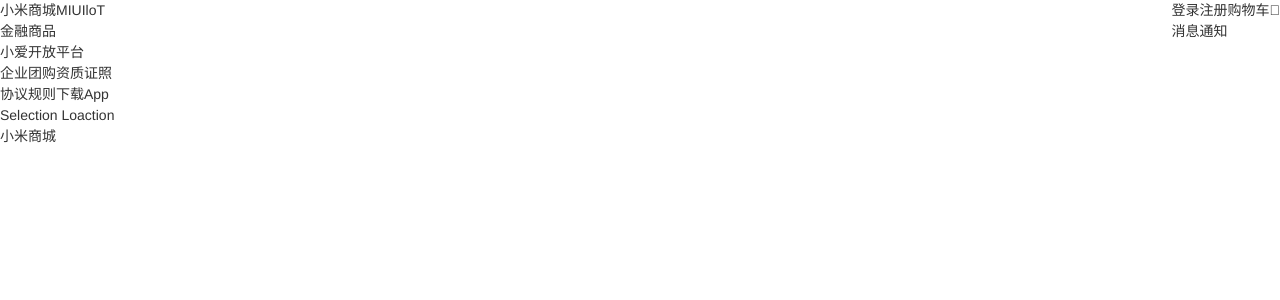
Repository: chenguocan/mi
Page: index.html
The author's editor kept a copy of each file at every save. The page is drawn from the files as they stood at one save, then again after the next save.
The browser window is 1280 px wide. The pictures show the whole page.

Above is the page before, as saved 2020-10-13 09:38:51.

### index.html
<!DOCTYPE html>
<html lang="en">
<head>
    <meta charset="UTF-8">
    <title>小米商城 - 小米10 Pro、Redmi K30 Pro、小米MIX Alpha，小米电视官方网站</title>
    <meta name="viewport" content="width=1226">
    <link rel="stylesheet" href="./css/reset.css">
    <link rel="stylesheet" href="./css/index.css">
    <link rel="stylesheet" href="./css/base.css">
    <link rel="stylesheet" href="./font/css/all.min.css">
</head>
<body>
    <div class="topbar-wrapper">
        <div class="topbar">
            <ul class="service">
                <li><a href="javascript:;">小米商城</a></li>
                <li class="line"></li>
                <li><a href="javascript:;">MIUI</a></li>
                <li class="line"></li>
                <li><a href="javascript:;">loT</a></li>
                <li class="line"></li>
                <li><a href="javascript:;">金融</a></li>
                <li class="line"></li>
                <li><a href="javascript:;">商品</a></li>
                <li class="line"></li>
                <li><a href="javascript:;">小爱开放平台</a></li>
                <li class="line"></li>
                <li><a href="javascript:;">企业团购</a></li>
                <li class="line"></li>
                <li><a href="javascript:;">资质证照</a></li>
                <li class="line"></li>
                <li><a href="javascript:;">协议规则</a></li>
                <li class="line"></li>
                <li><a href="javascript:;">下载App</a></li>
                <li class="line"></li>
                <li><a href="javascript:;">Selection Loaction</a></li>
                <li class="line"></li>
                <li><a href="javascript:;">小米商城</a></li>
                <li class="line"></li>
            </ul>
            <ul class="shop-cart">
                <li><i class="fa-adobe"></i><a href="javascript:;">购物车</a></li>
            </ul>
            <ul class="user">
                <li><a href="javascript:;">登录</a></li>
                <li class="line"></li>
                <li><a href="javascript:;">注册</a></li>
                <li class="line"></li>
                <li><a href="javascript:;">消息通知</a></li>
                <li class="line"></li>
            </ul>
        </div>
    </div>
</body>
</html>

### css/reset.css
/* v2.0 | 20110126
  http://meyerweb.com/eric/tools/css/reset/
  License: none (public domain)
*/
html, body, div, span, applet, object, iframe,
h1, h2, h3, h4, h5, h6, p, blockquote, pre,
a, abbr, acronym, address, big, cite, code,
del, dfn, em, img, ins, kbd, q, s, samp,
small, strike, strong, sub, sup, tt, var,
b, u, i, center,
dl, dt, dd, ol, ul, li,
fieldset, form, label, legend,
table, caption, tbody, tfoot, thead, tr, th, td,
article, aside, canvas, details, embed,
figure, figcaption, footer, header, hgroup,
menu, nav, output, ruby, section, summary,
time, mark, audio, video {
    margin: 0;
    padding: 0;
    border: 0;
    font-size: 100%;
    font: inherit;
    vertical-align: baseline;
}
/* HTML5 display-role reset for older browsers */
article, aside, details, figcaption, figure,
footer, header, hgroup, menu, nav, section {
    display: block;
}
body {
    line-height: 1;
}
ol, ul {
    list-style: none;
}
blockquote, q {
    quotes: none;
}
blockquote:before, blockquote:after,
q:before, q:after {
    content: '';
    content: none;
}
table {
    border-collapse: collapse;
    border-spacing: 0;
}

### css/index.css
*{
    box-sizing: border-box;
}

.topbar .service{
    float: left;
}
.topbar .user,.topbar .shop-cart{
    float: right;
}
.topbar a{
    float: left;
}

### css/base.css

.clearfix::before,
.clearfix::after{
    content: '';
    display: table;
    clear: both;
}

body{
    color: rgb(51,51,51);
    font: 14px/1.5 "Helvetica Neue", Helvetica, Arial, "Microsoft Yahei", "Hiragino Sans GB", "Heiti SC", "WenQuanYi Micro Hei", sans-serif;
    min-width: 1226px;
}
a{
    text-decoration: none;
    color:#333;
}
.w{
    width: 1226px;
    margin-left:auto;
    margin-right: auto;
}

Loaded but not shown: font/css/all.min.css (library)

After the next save:
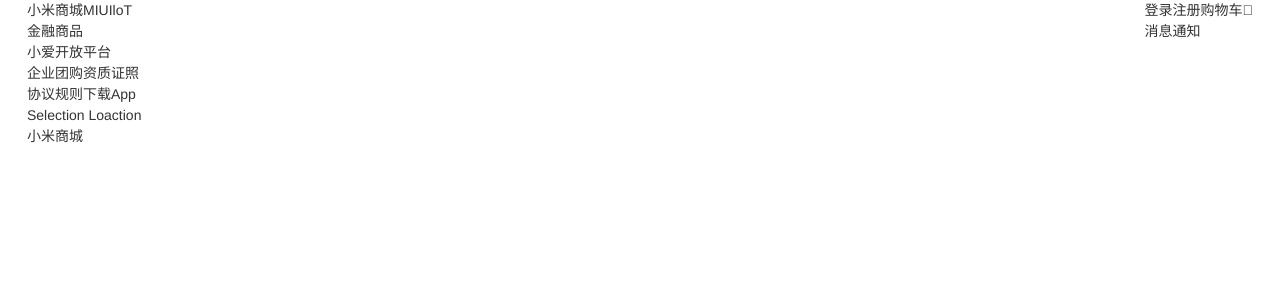
Saved 15 s later.
--- a/index.html
+++ b/index.html
@@ -1,5 +1,6 @@
 <!DOCTYPE html>
 <html lang="en">
+
 <head>
     <meta charset="UTF-8">
     <title>小米商城 - 小米10 Pro、Redmi K30 Pro、小米MIX Alpha，小米电视官方网站</title>
@@ -9,9 +10,10 @@
     <link rel="stylesheet" href="./css/base.css">
     <link rel="stylesheet" href="./font/css/all.min.css">
 </head>
+
 <body>
     <div class="topbar-wrapper">
-        <div class="topbar">
+        <div class="topbar w">
             <ul class="service">
                 <li><a href="javascript:;">小米商城</a></li>
                 <li class="line"></li>
@@ -52,4 +54,5 @@
         </div>
     </div>
 </body>
+
 </html>
